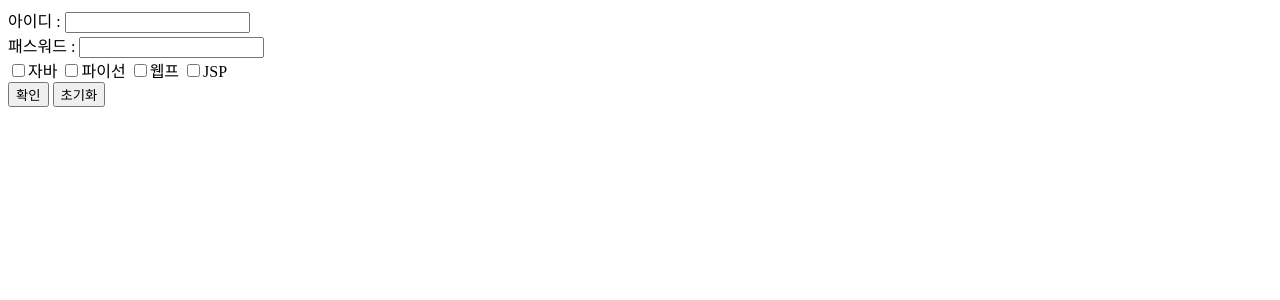
Repository: song-tata/jsp_servlet
Page: chap06/webContants/input.html
These files come from the project's save history. The page is drawn as it stood at one moment and after the next save; the edit follows.
The browser window is 1280 px wide. The pictures show the whole page.

Above is the page before, as saved 2023-05-17 07:27:43.

After the next save:
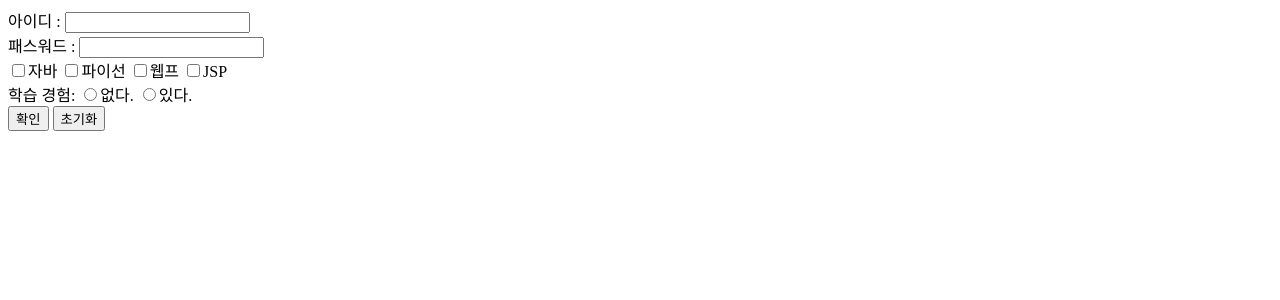
Saved 9 min 15 s later.
--- a/chap06/webContants/input.html
+++ b/chap06/webContants/input.html
@@ -15,10 +15,15 @@
 				id="password" name="user_pw">
 		</div>
 		<div>
-			<input type="checkbox" value="java">자바
-			<input type="checkbox" value="py">파이선
-			<input type="checkbox" value="web">웹프
-			<input type="checkbox" value="jsp">JSP
+			<input type="checkbox" value="java" id="language">자바
+			<input type="checkbox" value="py" id="language">파이선
+			<input type="checkbox" value="web" id="language">웹프
+			<input type="checkbox" value="jsp" id="language">JSP
+		</div>
+		<div>
+		<label> 학습 경험: </label>
+			<input type="radio" value="no" id="radiobtn">없다.
+			<input type="radio" value="yes" id="radiobtn">있다.
 		</div>
 		<div class="buttonwrap">
 			<button type="submit">확인</button>
